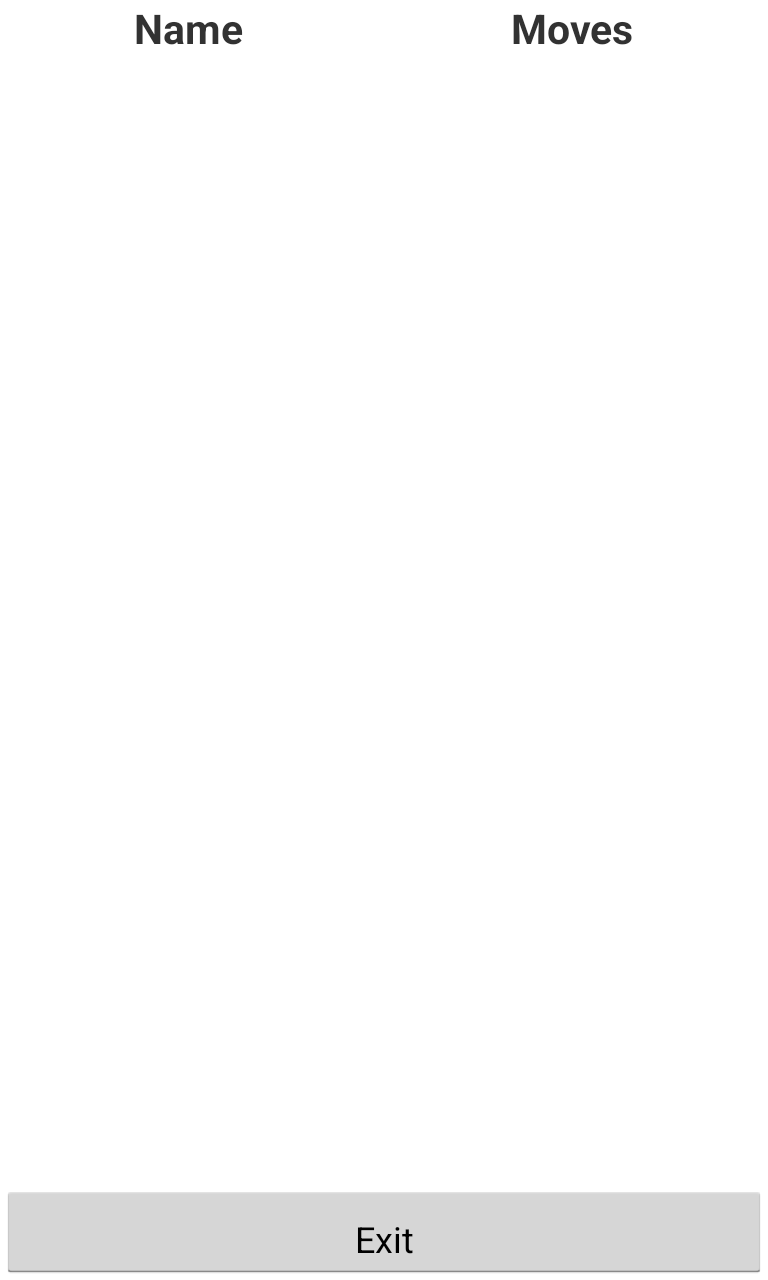
Repository: rickydalziel/project
Layout: Numbersorter/res/layout/activity_leaderboard.xml
The author's editor kept a copy of each file at every save. The layout is drawn from the files as they stood at one save, then again after the next save.
It is drawn on a 768 x 1280 px phone screen (xhdpi) without system bars, with theme AppTheme; the app's code is not run.

Above is the layout before, as saved 2013-03-14 14:10:26.

After the next save:
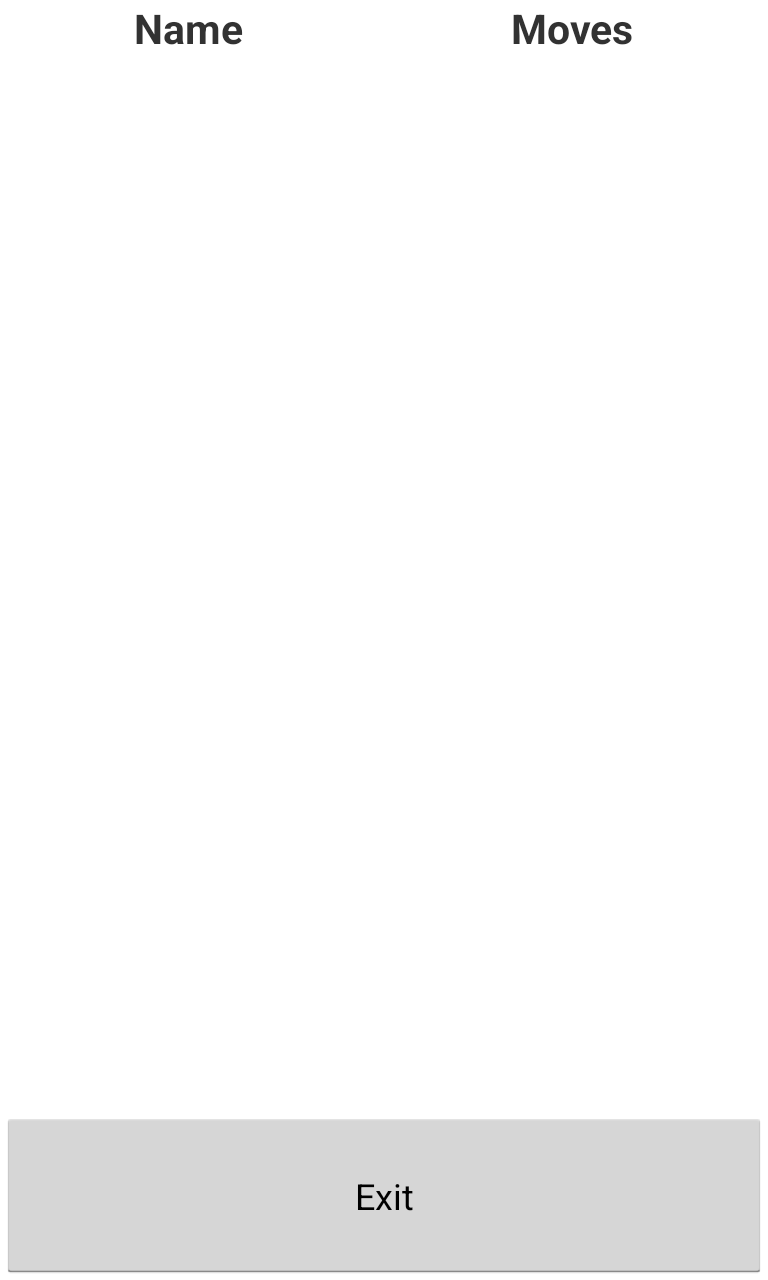
Saved 67 s later.
--- a/Numbersorter/res/layout/activity_leaderboard.xml
+++ b/Numbersorter/res/layout/activity_leaderboard.xml
@@ -48,7 +48,7 @@
             android:layout_gravity="center"
             android:onClick="exitGamePressed"
             android:text="@string/exit_game"
-            android:paddingTop="15dp"
+            android:padding="30dip"
              />
 
 </LinearLayout>
